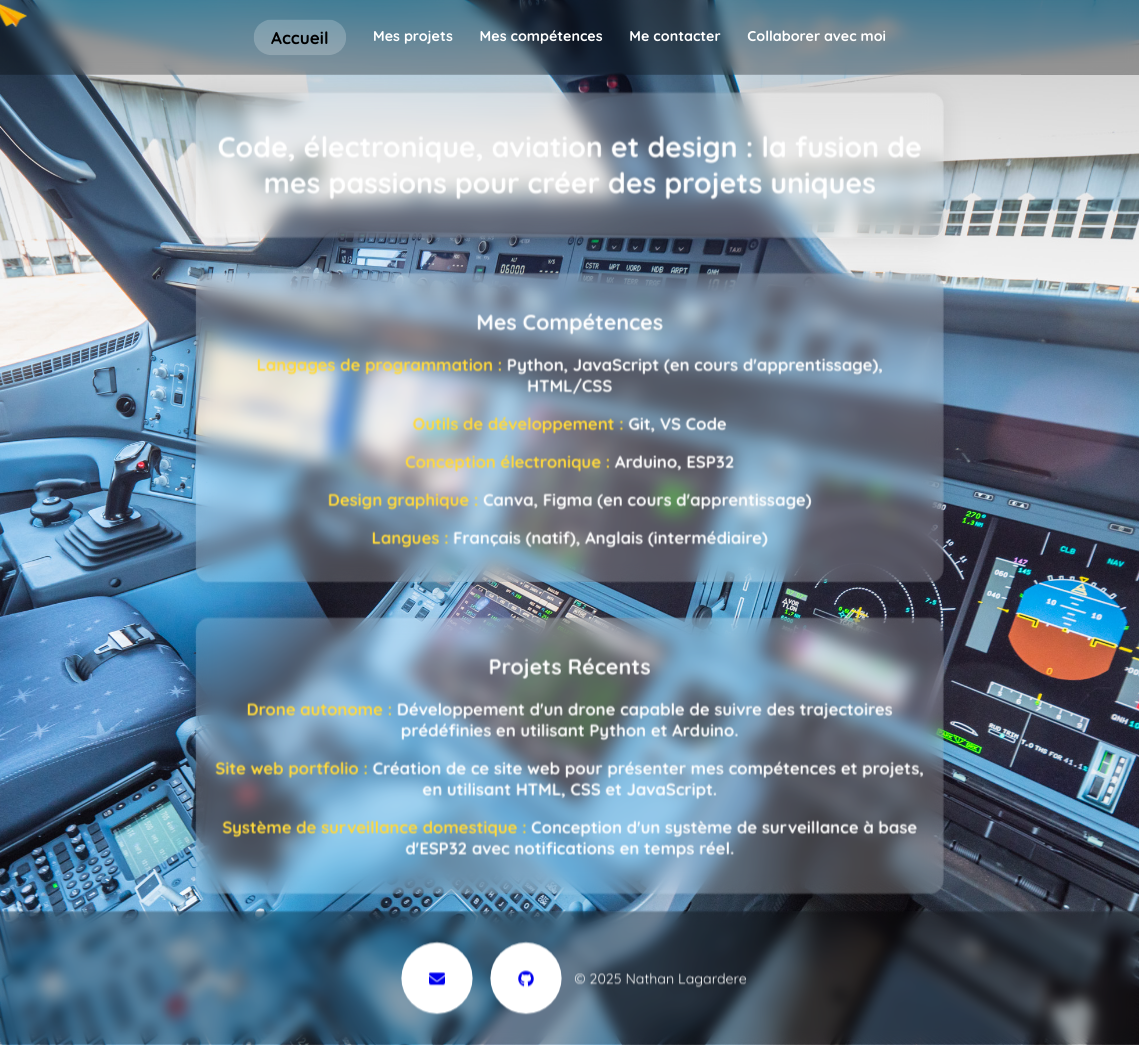
Repository: nlagardere/myportfolio
Page: index - Copie.html
An editor plug-in stored every save of this project. The page is shown before and after the next save, followed by the edit.
The browser window is 1280 px wide. The pictures show the whole page, at 89% of full size.

Above is the page before, as saved 2025-09-06 10:52:31.

After the next save:
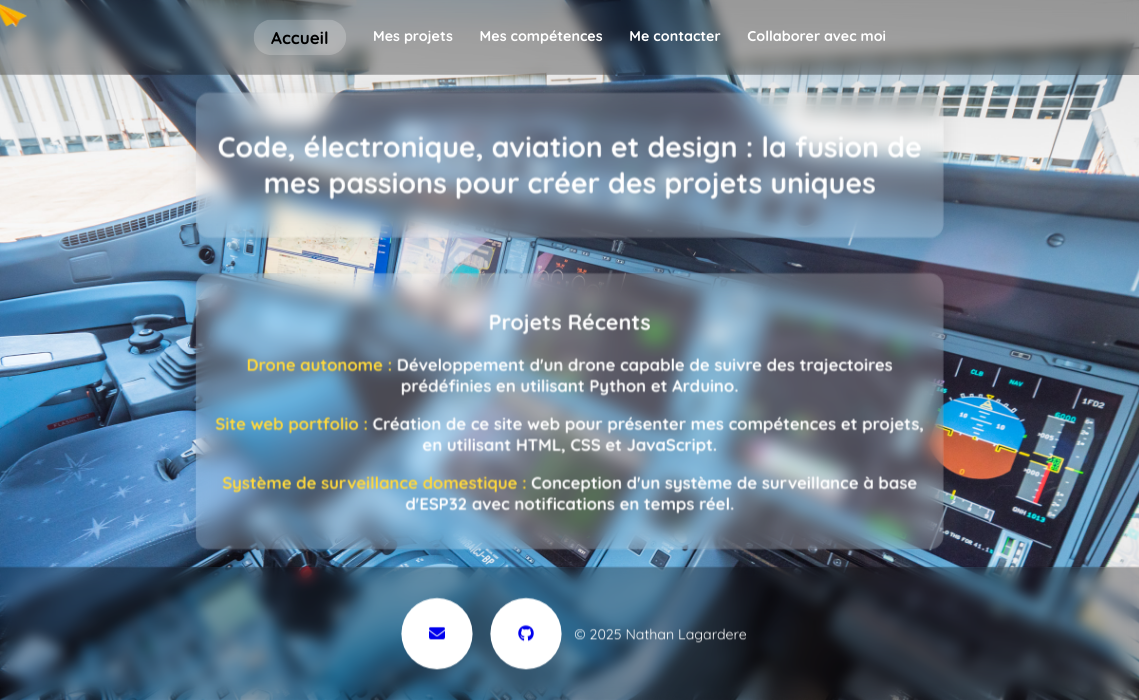
Saved 18 s later.
--- a/index - Copie.html
+++ b/index - Copie.html
@@ -233,14 +233,7 @@
     <h1>Code, électronique, aviation et design : la fusion de mes passions pour créer des projets uniques</h1>
   </div>
 
-  <div class="competences">
-    <h2>Mes Compétences</h2>
-    <h3><span class="highlight">Langages de programmation :</span> Python, JavaScript (en cours d'apprentissage), HTML/CSS</h3>
-    <h3><span class="highlight">Outils de développement :</span> Git, VS Code</h3>
-    <h3><span class="highlight">Conception électronique :</span> Arduino, ESP32</h3>
-    <h3><span class="highlight">Design graphique :</span> Canva, Figma (en cours d'apprentissage)</h3>
-    <h3><span class="highlight">Langues :</span> Français (natif), Anglais (intermédiaire)</h3>
-  </div>
+
 
   <div class="projects">
     <div class="glasscard">
